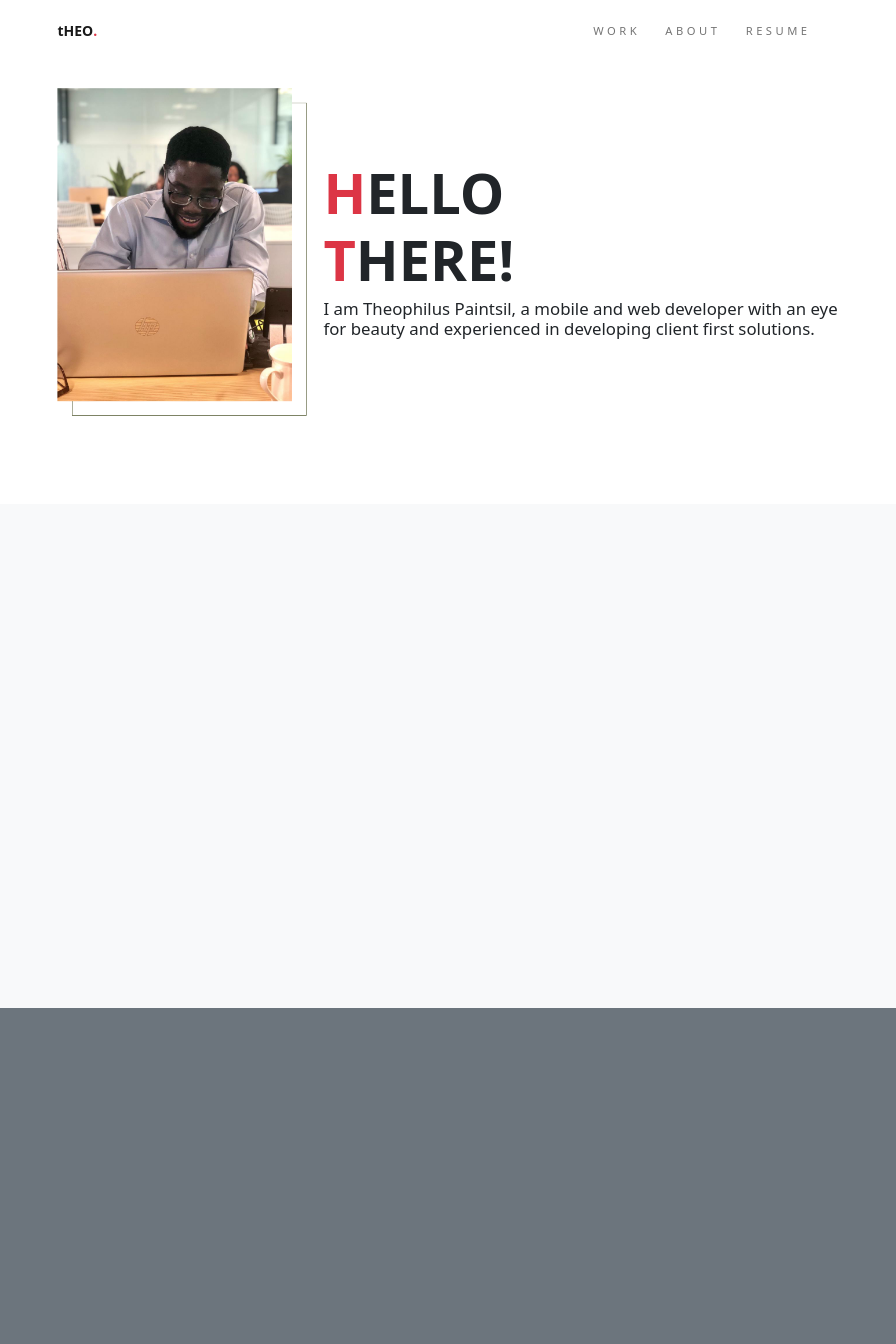
Repository: tHEO2k17/portfolio
Page: /
The author's editor kept a copy of each file at every save. The page is drawn from the files as they stood at one save, then again after the next save.
The browser window is 1280 px wide. The pictures show the part of the page from y = 0 to 1920 px (the page is 3000 px tall), at 70% of full size.
The project was rebuilt for these pictures with package versions that can differ from the ones it lists, and the page was loaded fresh each time.

Above is the page before, as saved 2021-07-22 07:39:56.

### public/index.html
<!DOCTYPE html>
<html lang="en">
  <head>
    <meta charset="utf-8" />
    <link rel="icon" href="%PUBLIC_URL%/favicon.ico" />
    <meta name="viewport" content="width=device-width, initial-scale=1" />
    <meta name="theme-color" content="#000000" />
    <meta
      name="description"
      content="Web site created using create-react-app"
    />
    <link rel="apple-touch-icon" href="%PUBLIC_URL%/logo192.png" />
    <link rel="manifest" href="%PUBLIC_URL%/manifest.json" />
    <title>Theophilus Paintsil - Portfolio</title>
  </head>
  <body>
    <noscript>You need to enable JavaScript to run this app.</noscript>
    <div id="root"></div>
  </body>
</html>

### src/index.tsx
import React from 'react';
import ReactDOM from 'react-dom';
import './index.scss';
import App from './presentation/App';

ReactDOM.render(
  <React.StrictMode>
    <App />
  </React.StrictMode>,
  document.getElementById('root')
);

### src/index.scss
@import '~bootstrap/scss/bootstrap.scss';

.navbar-light .navbar-nav{
    padding: 1rem 2rem;
}

.navbar-light .navbar-nav .nav-link {
   letter-spacing: 5px;
}

.navbar-light .navbar-nav .nav-link:not(:last-child) {
    margin-right: 20px;
 }

### src/presentation/App.tsx
import React from 'react';
import { Switch, Route, BrowserRouter as Router, } from 'react-router-dom';
import HomePage from './pages/HomePage';

function App() {
  return (
    <Router>
      <Switch>
        <Route exact path="/" component={HomePage} />
      </Switch>
    </Router>
  );
}

export default App;

### src/presentation/pages/HomePage.tsx
import { Col, Container, Nav, Navbar, Row, Image } from "react-bootstrap";

export default function HomePage() {
    return (
        <>
            <Navbar expand="lg" fixed="top" variant="light">
                <Container>
                    <Navbar.Brand href="#home">
                        <span className="fw-bold">tHEO<b className="text-danger">.</b></span>
                    </Navbar.Brand>
                    <Navbar.Toggle />
                    <Navbar.Collapse>
                        <Nav className="ms-auto">
                            <Nav.Link href="#home">WORK</Nav.Link>
                            <Nav.Link href="#home">ABOUT</Nav.Link>
                            <Nav.Link href="#link">RESUME</Nav.Link>
                        </Nav>
                    </Navbar.Collapse>
                </Container>
            </Navbar>

            <header className="min-vh-100">
                <Container>
                    <Row className="align-items-center min-vh-100 my-auto">
                        <Col md="4"> <Image src="assets/images/theo.png" fluid /> </Col>
                        <Col>
                            <h1 className="display-1 fw-bold">
                                <b className="text-danger">H</b>ELLO <br />
                                <b className="text-danger">T</b>HERE!
                            </h1>
                            <h4>
                                I am Theophilus Paintsil, a mobile and web developer with an eye for beauty and experienced in developing client first solutions.
                            </h4>
                        </Col>
                    </Row>
                </Container>
            </header>

            <section className="bg-light min-vh-100">
                {/* skills and tools */}
            </section>

            <section className="bg-secondary min-vh-100">
                {/* employment history */}
            </section>

            <section className="bg-light min-vh-100">
                {/* work gallery */}
            </section>

            <footer className="bg-dark text-white">
                <Container className="py-5">
                    <Row>
                        <Col>&copy; {new Date().getFullYear()} Theophilus Paintsil. All rights reserved </Col>
                    </Row>
                </Container>
            </footer>

        </>
    );
}

After the next save:
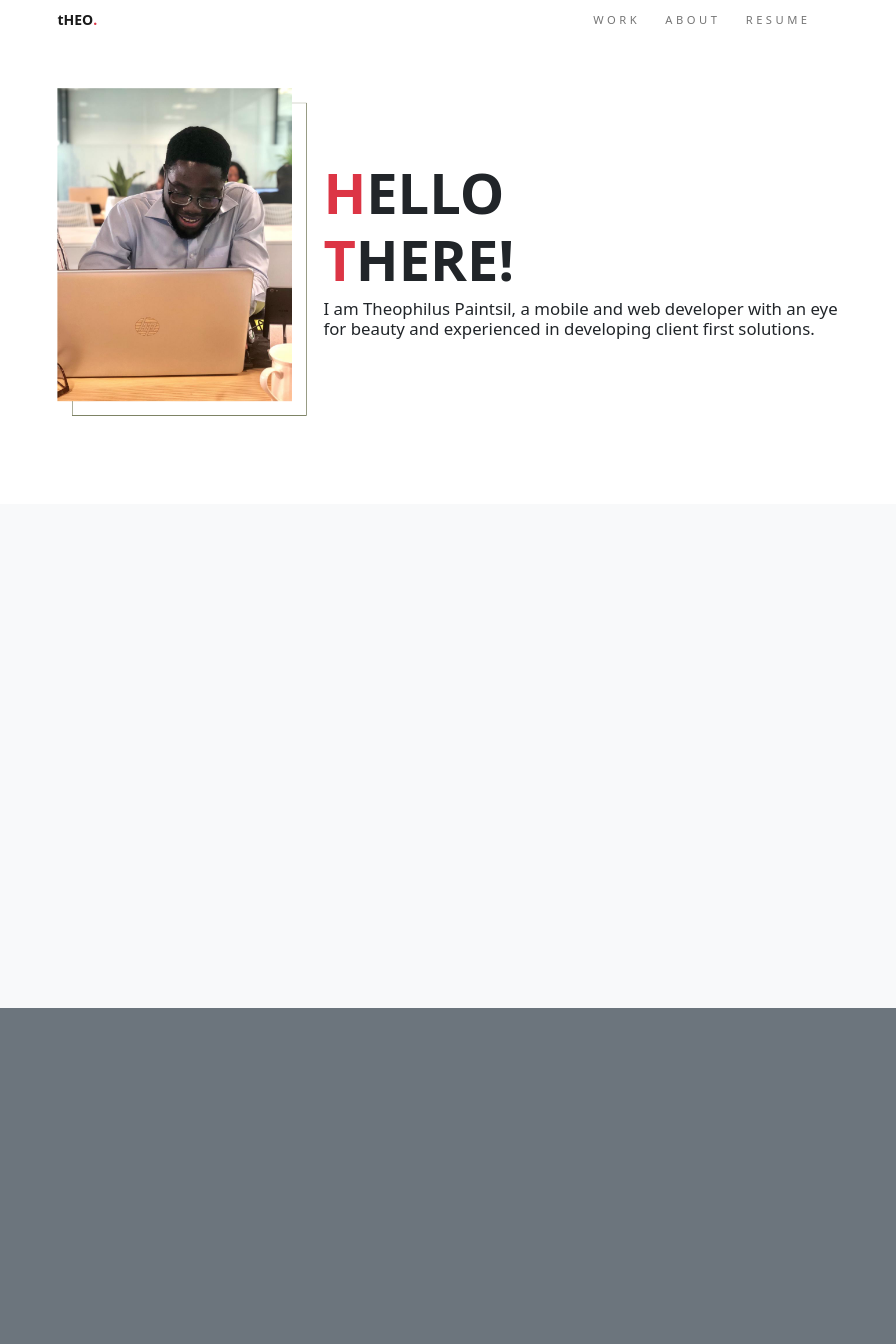
Saved 8 s later.
--- a/src/index.scss
+++ b/src/index.scss
@@ -1,7 +1,7 @@
 @import '~bootstrap/scss/bootstrap.scss';
 
 .navbar-light .navbar-nav{
-    padding: 1rem 2rem;
+    padding: 0rem 2rem;
 }
 
 .navbar-light .navbar-nav .nav-link {
